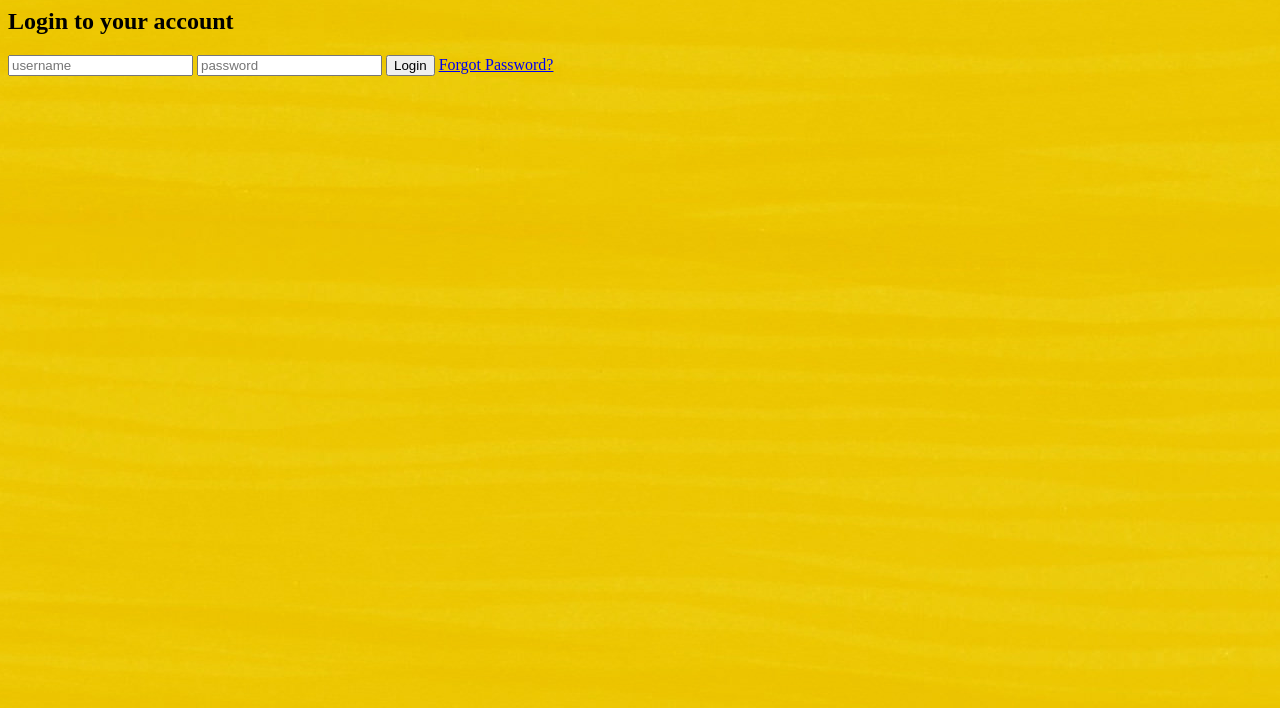
Repository: praveenshetg/GOLDEN-ROD
Page: Duolingo/papi-front/WebContent/login.html
An editor plug-in stored every save of this project. The page is shown before and after the next save, followed by the edit.
The browser window is 1280 px wide. The pictures show the whole page.

Above is the page before, as saved 2018-05-07 18:05:44.
Console error: ReferenceError: $ is not defined

### Duolingo/papi-front/WebContent/login.html
<style>
body {
    background: #fbbd08 url("images/btightyellow.jpg")  fixed center !important;
    }
</style>
<body>
<div class="log-form" id="login_form">
  <h2>Login to your account</h2>
  <form action="">
    <input type="text" title="username" placeholder="username" id="pw-username" required/>
    <input type="password" title="username" placeholder="password"  id="pw-password"  required/>
    <button type="submit" class="login-btn btn" id="login-btn">Login</button>
    <a class="forgot" href="/peakaboo/forgot_pass.html"  id="pw-forgot-pass" >Forgot Password?</a>
  </form>
</div><!--end log form -->
</body>
<script>
$( document ).ready(function() {
 //alert( "ready!" );
});
$('#login_form').submit(function() {
	//e.preventDefault();
});
$("#login-btn").click(function(){
	loginCheck($("#pw-username").val(), $("#pw-password").val() )
})
</script>
</html>

After the next save:
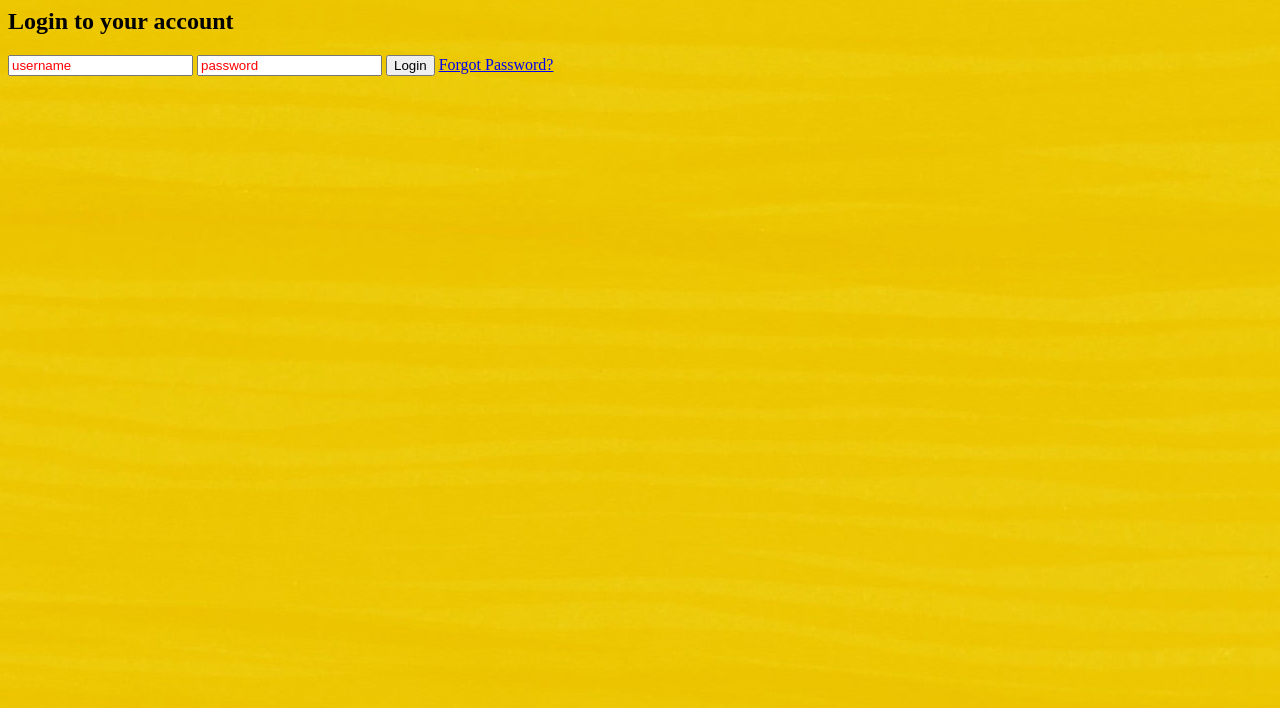
Saved 102 s later.
--- a/Duolingo/papi-front/WebContent/login.html
+++ b/Duolingo/papi-front/WebContent/login.html
@@ -2,6 +2,20 @@
 body {
     background: #fbbd08 url("images/btightyellow.jpg")  fixed center !important;
     }
+    ::-webkit-input-placeholder { /* Chrome */
+  color: red;
+}
+:-ms-input-placeholder { /* IE 10+ */
+  color: red;
+}
+::-moz-placeholder { /* Firefox 19+ */
+  color: red;
+  opacity: 1;
+}
+:-moz-placeholder { /* Firefox 4 - 18 */
+  color: red;
+  opacity: 1;
+}
 </style>
 <body>
 <div class="log-form" id="login_form">
